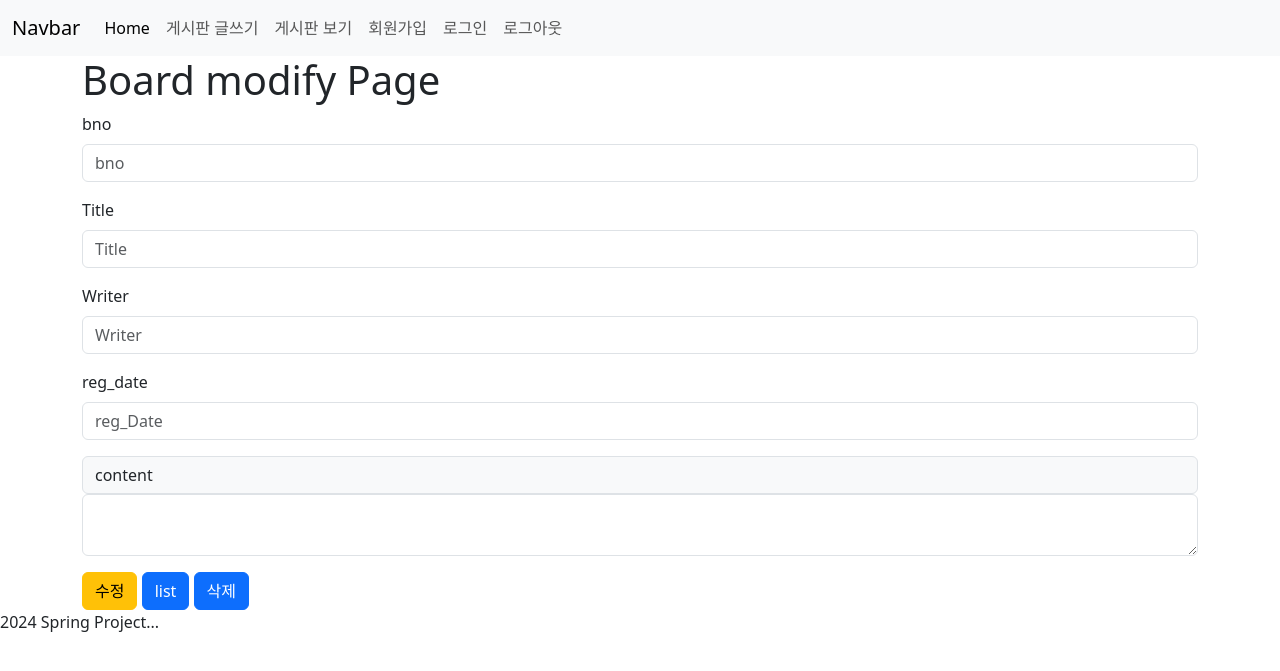
Repository: leegangjin/springTest240430
Page: http://localhost/spring_study/WEB-INF/views/board/modify.jsp
The author's editor kept a copy of each file at every save. The page is drawn from the files as they stood at one save, then again after the next save.
The browser window is 1280 px wide. The pictures show the whole page.
The page is served by Tomcat 9. Nobody is signed in. The template is opened directly, without the code that normally fills it, so the values that code supplies are empty.

Above is the page before, as saved 2024-04-24 06:50:13.

After the next save:
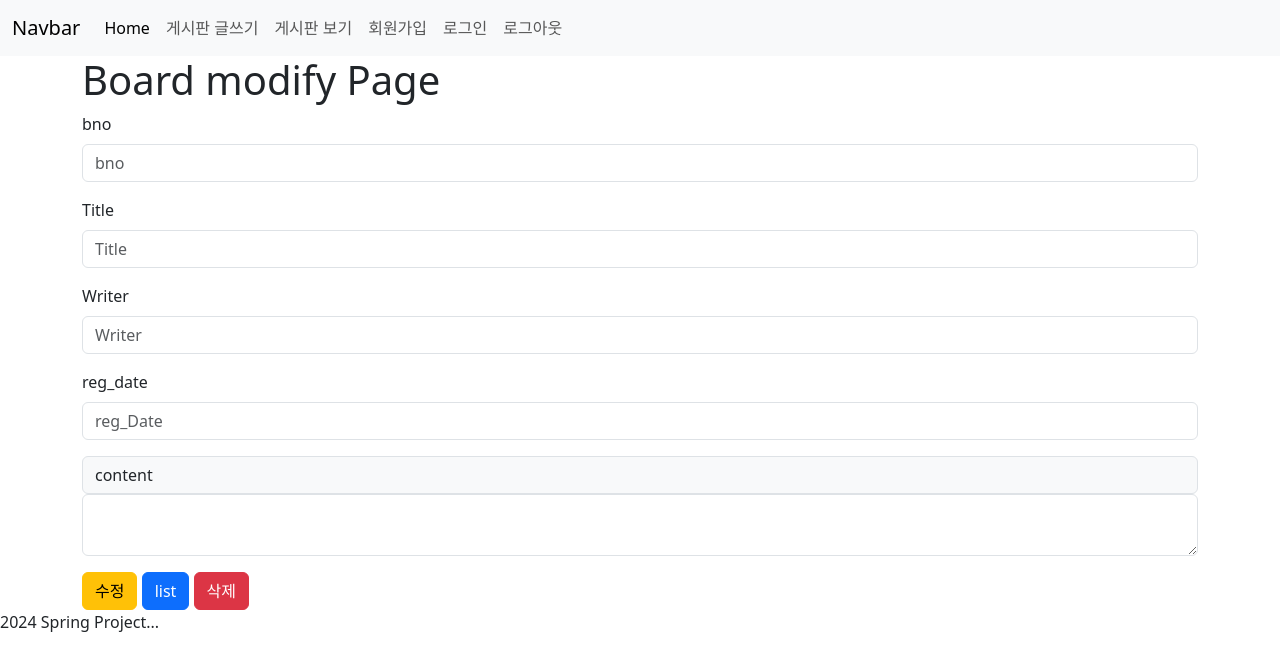
Saved 15 s later.
--- a/spring_study/src/main/webapp/WEB-INF/views/board/modify.jsp
+++ b/spring_study/src/main/webapp/WEB-INF/views/board/modify.jsp
@@ -36,7 +36,7 @@
 	<button type="submit" class="btn btn-warning">수정</button>
 
 	<a href="/board/list"><button type="button" class="btn btn-primary">list</button></a>
-	<a href="/board/remove"><button type="button" class="btn btn-primary">삭제</button></a>
+	<a href="/board/remove"><button type="button" class="btn btn-danger">삭제</button></a>
 </form>
 </div>
 
